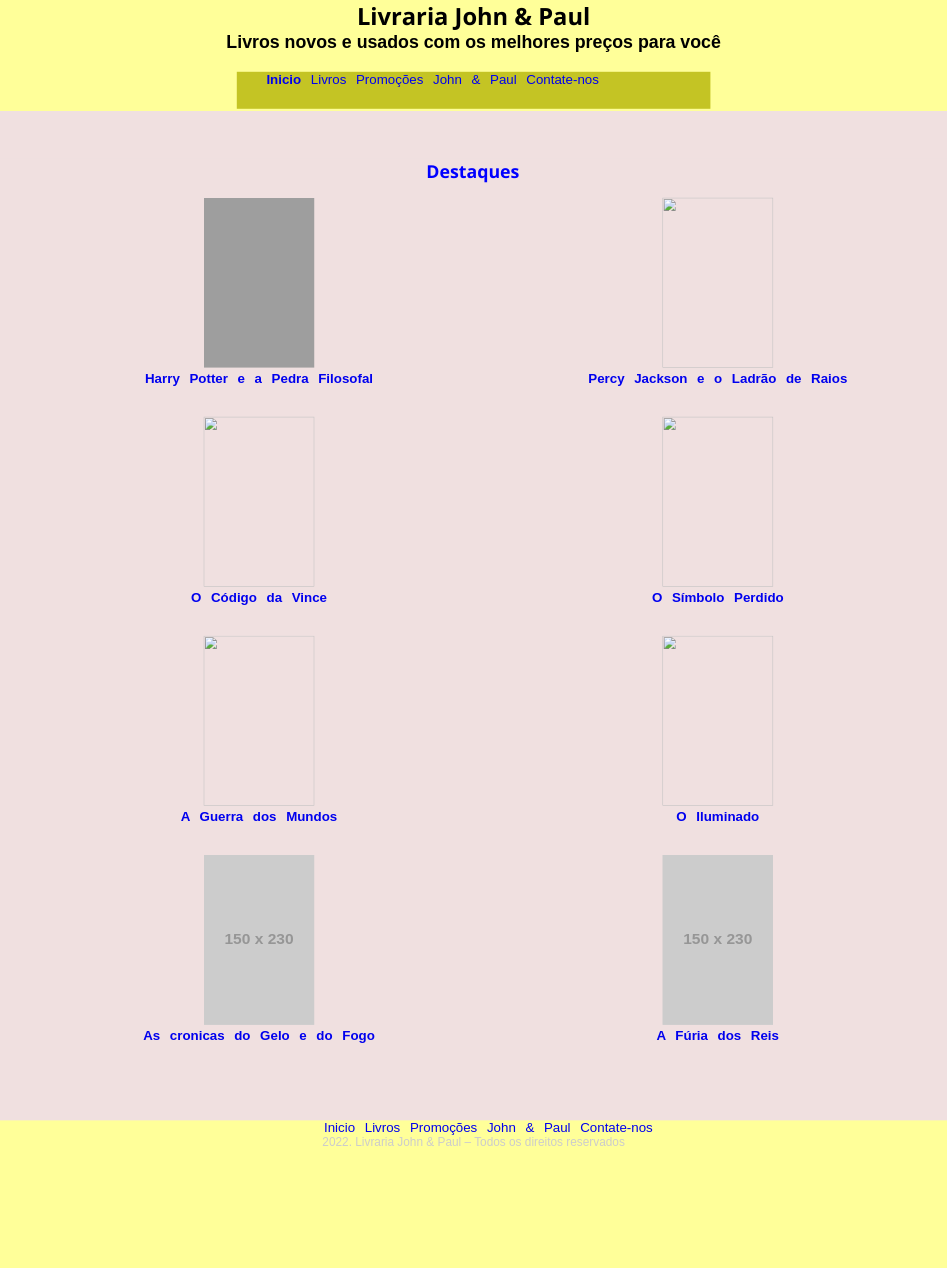
Repository: MarcoantonioCaldeira/Site-livraria-John-e-Paul
Page: index.html
These files come from the project's save history. The page is drawn as it stood at one moment and after the next save; the edit follows.
The browser window is 1280 px wide. The pictures show the whole page, at 74% of full size.
Pictures or frames that could not be fetched are drawn as grey boxes.

Above is the page before, as saved 2022-09-24 17:25:36.

After the next save:
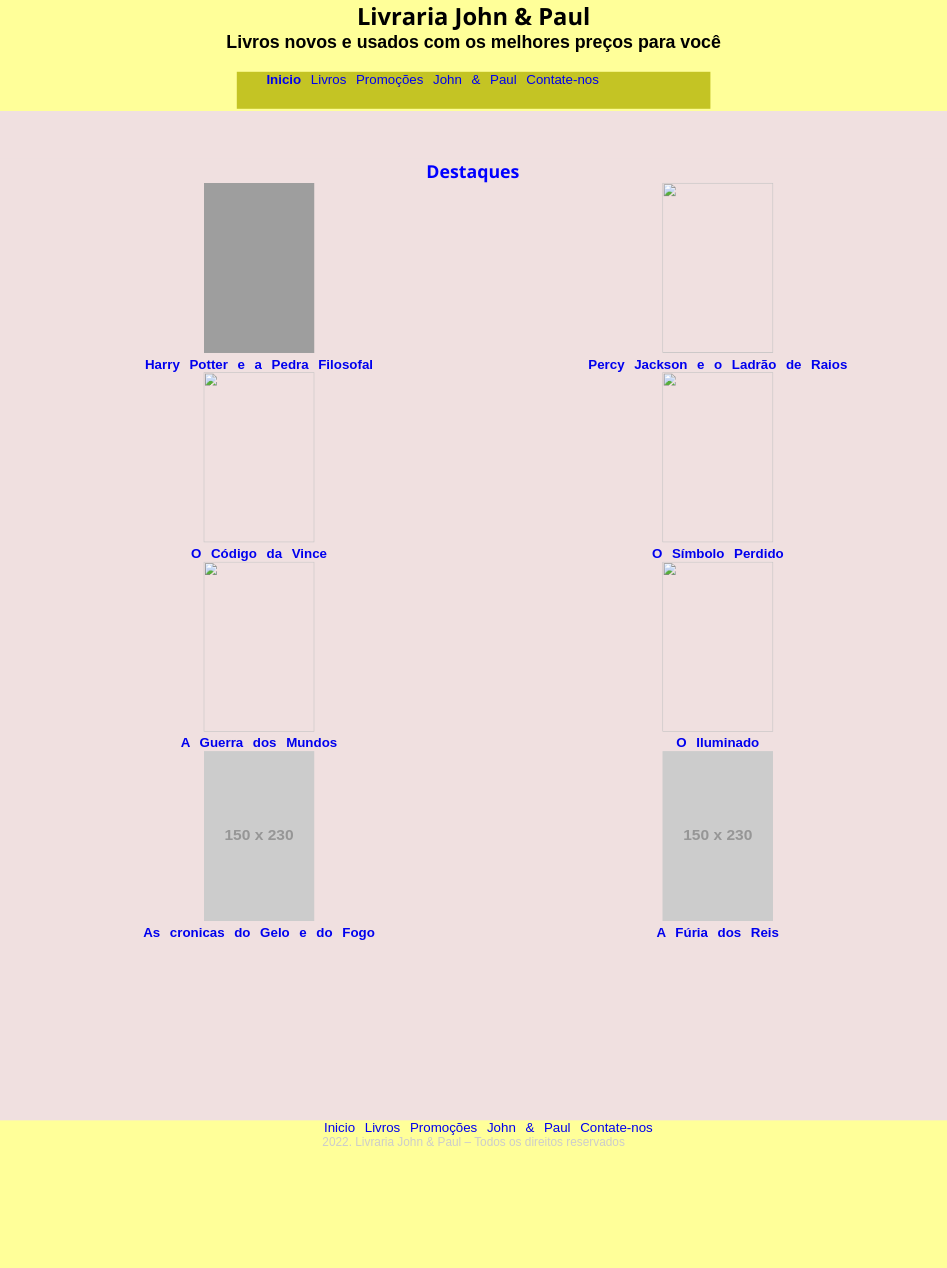
Saved 13 s later.
--- a/css/estilo.css
+++ b/css/estilo.css
@@ -56,7 +56,7 @@
    float: left;
    text-align: center;
    list-style: none;
-   padding: 20px 0;
+
 }
 
 ul{

After the save that followed:
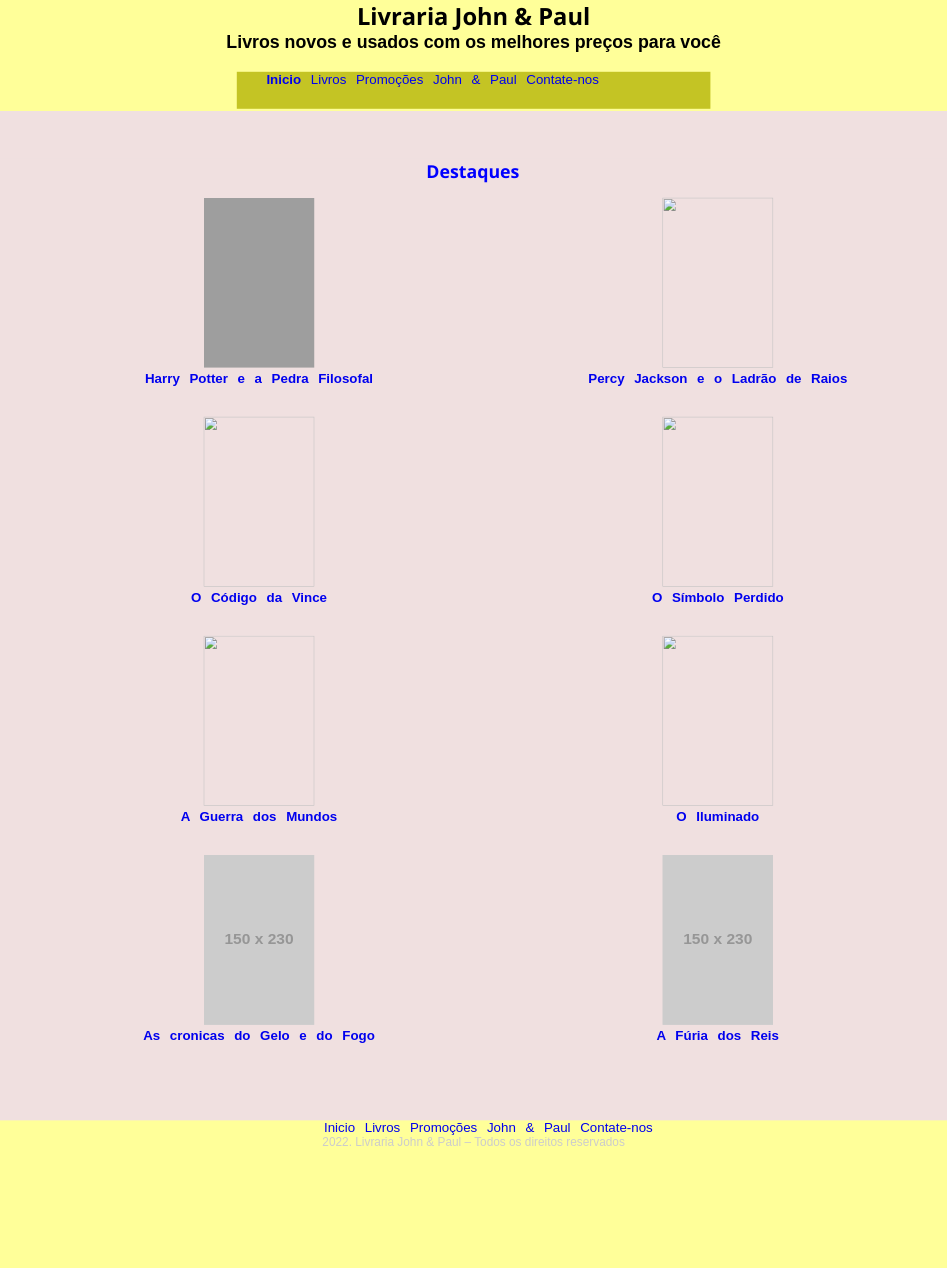
Saved 6 s later.
--- a/css/estilo.css
+++ b/css/estilo.css
@@ -56,7 +56,7 @@
    float: left;
    text-align: center;
    list-style: none;
-
+   padding: 20px 0;
 }
 
 ul{
